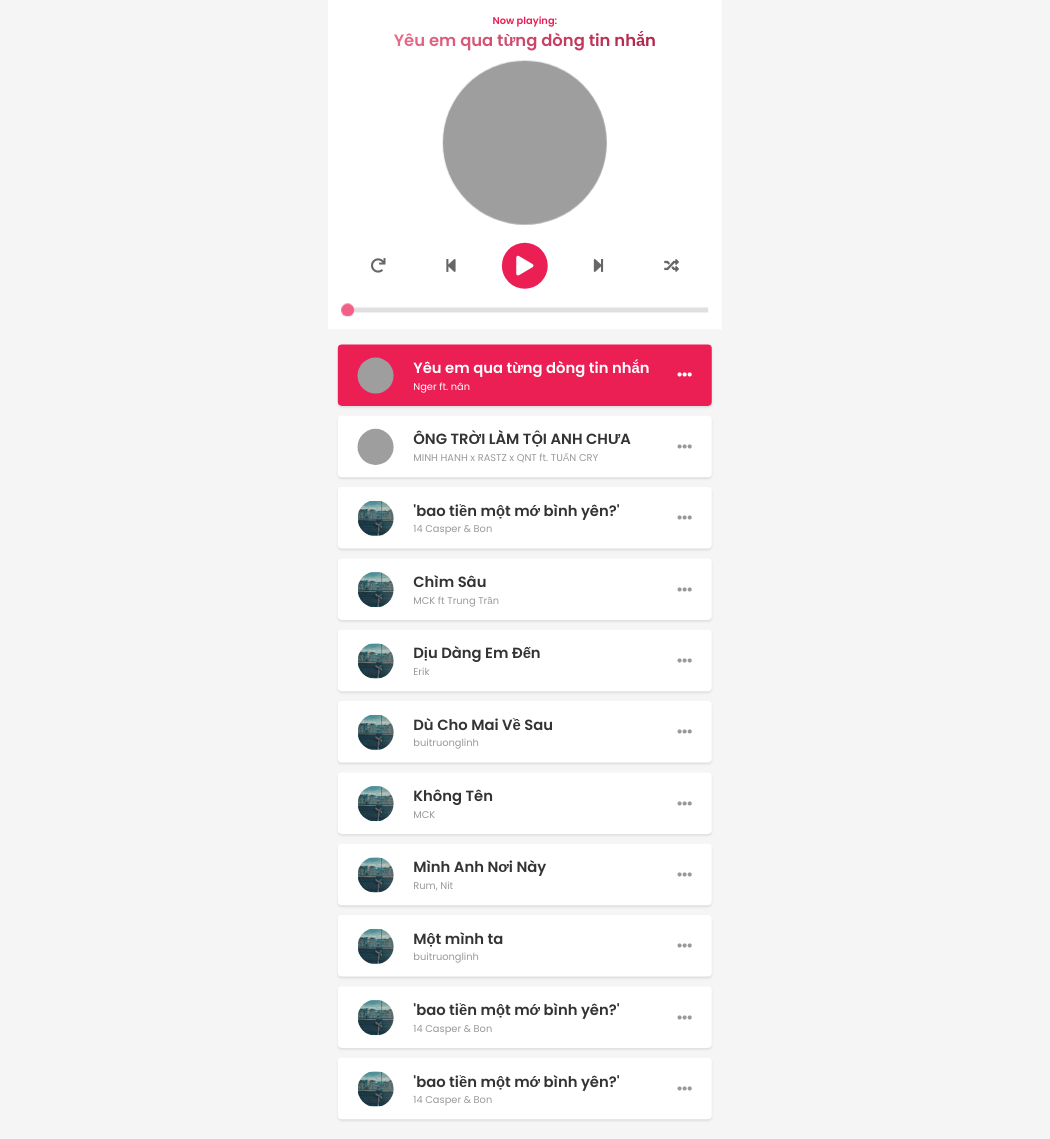
Repository: lt-chinh098406/BIn-Music
Page: index.html
The author's editor kept a copy of each file at every save. The page is drawn from the files as they stood at one save, then again after the next save.
The browser window is 1280 px wide. The pictures show the whole page, at 82% of full size.
Pictures or frames that could not be fetched are drawn as grey boxes.

Above is the page before, as saved 2022-03-20 13:33:57.

### index.html
<!DOCTYPE html>
<html lang="en">
  <head>
    <meta charset="UTF-8" />
    <meta http-equiv="X-UA-Compatible" content="IE=edge" />
    <meta name="viewport" content="width=device-width, initial-scale=1.0" />
    <title>Music player</title>
    <link
      rel="stylesheet"
      href="https://cdnjs.cloudflare.com/ajax/libs/font-awesome/5.15.2/css/all.min.css"
      integrity="sha512-HK5fgLBL+xu6dm/Ii3z4xhlSUyZgTT9tuc/hSrtw6uzJOvgRr2a9jyxxT1ely+B+xFAmJKVSTbpM/CuL7qxO8w=="
      crossorigin="anonymous"
    />
    <link rel="preconnect" href="https://fonts.gstatic.com" />
    <link
      href="https://fonts.googleapis.com/css2?family=Poppins:wght@300;400;600&display=swap"
      rel="stylesheet"
    />
    <link rel="stylesheet" href="./assets/main.css" />
  </head>
  <body>
    <body>
      <div class="player">
        <!-- Dashboard -->
        <div class="dashboard">
          <!-- Header -->
          <header>
            <h4>Now playing:</h4>
            <h2>String 57th & 9th</h2>
          </header>

          <!-- CD -->
          <div class="cd">
            <div class="cd-thumb"></div>
          </div>

          <!-- Control -->
          <div class="control">
            <div class="btn btn-repeat">
              <i class="fas fa-redo"></i>
            </div>
            <div class="btn btn-prev">
              <i class="fas fa-step-backward"></i>
            </div>
            <div class="btn btn-toggle-play">
              <i class="fas fa-pause icon-pause"></i>
              <i class="fas fa-play icon-play"></i>
            </div>
            <div class="btn btn-next">
              <i class="fas fa-step-forward"></i>
            </div>
            <div class="btn btn-random">
              <i class="fas fa-random"></i>
            </div>
          </div>

          <input
            id="progress"
            class="progress"
            type="range"
            value="0"
            step="1"
            min="0"
            max="100"
          />

          <audio id="audio" src=""></audio>
        </div>

        <!-- Playlist -->
        <div class="playlist"></div>
      </div>

      <script src="./main.js"></script>
    </body>
  </body>
</html>

### assets/main.css
:root {
  --primary-color: #ec1f55;
  --text-color: #333;
}

* {
  padding: 0;
  margin: 0;
  box-sizing: inherit;
}

body {
  background-color: #f5f5f5;
}

html {
  box-sizing: border-box;
  font-family: "Poppins", sans-serif;
}

.player {
  position: relative;
  max-width: 480px;
  margin: 0 auto;
}

.player .icon-pause {
  display: none;
}

.player.playing .icon-pause {
  display: inline-block;
}

.player.playing .icon-play {
  display: none;
}

.dashboard {
  padding: 16px 16px 14px;
  background-color: #fff;
  position: fixed;
  top: 0;
  width: 100%;
  max-width: 480px;
  border-bottom: 1px solid #ebebeb;
}

/* HEADER */
header {
  text-align: center;
  margin-bottom: 10px;
}

header h4 {
  color: var(--primary-color);
  font-size: 12px;
}

header h2 {
  font-size: 20px;
  background-image: linear-gradient(to right, #f47999, #a5163b);
  color: transparent;
  -webkit-background-clip: text;
}

/* CD */
.cd {
  display: flex;
  margin: auto;
  width: 200px;
}

.cd-thumb {
  width: 100%;
  padding-top: 100%;
  border-radius: 50%;
  background-color: #333;
  background-size: cover;
  margin: auto;
}

/* CONTROL */
.control {
  display: flex;
  align-items: center;
  justify-content: space-around;
  padding: 18px 0 8px 0;
}

.control .btn {
  color: #666;
  padding: 18px;
  font-size: 18px;
  cursor: pointer;
}

.control .btn.active {
  color: var(--primary-color);
}

.control .btn-toggle-play {
  width: 56px;
  height: 56px;
  border-radius: 50%;
  font-size: 24px;
  color: #fff;
  display: flex;
  align-items: center;
  justify-content: center;
  background-color: var(--primary-color);
}

.progress {
  width: 100%;
  -webkit-appearance: none;
  height: 6px;
  background: #d3d3d3;
  outline: none;
  opacity: 0.7;
  -webkit-transition: 0.2s;
  transition: opacity 0.2s;
  cursor: pointer;
}

.progress::-webkit-slider-thumb {
  -webkit-appearance: none;
  appearance: none;
  background-color: var(--primary-color);
  cursor: pointer;
  height: 16px;
  width: 16px;
  border-radius: 100%;
  border: none;
  outline: none;
  z-index: 9;
  position: relative;
}

/* PLAYLIST */
.playlist {
  margin-top: 408px;
  padding: 12px;
}

.song {
  display: flex;
  align-items: center;
  margin-bottom: 12px;
  background-color: #fff;
  padding: 8px 16px;
  border-radius: 5px;
  box-shadow: 0 2px 3px rgba(0, 0, 0, 0.1);
  cursor: pointer;
}

.song.active {
  background-color: var(--primary-color);
}

.song:active {
  opacity: 0.8;
}

.song.active .option,
.song.active .author,
.song.active .title {
  color: #fff;
}

.song .thumb {
  width: 44px;
  height: 44px;
  border-radius: 50%;
  background-size: cover;
  margin: 0 8px;
}

.song .body {
  flex: 1;
  padding: 0 16px;
}

.song .title {
  font-size: 18px;
  color: var(--text-color);
}

.song .author {
  font-size: 12px;
  color: #999;
}

.song .option {
  padding: 16px 8px;
  color: #999;
  font-size: 18px;
}

### main.js
const $ = document.querySelector.bind(document);
const $$ = document.querySelectorAll.bind(document);

const player = $(".player");
const heading = $("header h2");
const cdThumb = $(".cd-thumb");
const audio = $("#audio");
const cd = $(".cd");
const playBtn = $(".btn-toggle-play");
const progress = $("#progress");
const nextBtn = $(".btn-next");
const prevBtn = $(".btn-prev");
const randomBtn = $(".btn-random");
const repeatBtn = $(".btn-repeat");
const playlist = $(".playlist");

const app = {
  currentIndex: 0,
  isPlaying: false,

  songs: [
    {
      name: "Yêu em qua từng dòng tin nhắn",
      singer: "Nger ft. nân",
      path: "./assets/music/Yêu em qua dòng tin nhắn(iêu iem qua dòng tin nhắn) - Ngơ ft. Nân [Lyrics Video].mp3",
      image: "./assets/img/1.jpg",
    },
    {
      name: "ÔNG TRỜI LÀM TỘI ANH CHƯA",
      singer: "MINH HANH x RASTZ x QNT ft. TUẤN CRY",
      path: "./assets/music/ÔNG TRỜI LÀM TỘI ANH CHƯA - MINH HANH x RASTZ x QNT ft. TUẤN CRY.mp3",
      image: "./assets/img/3.jpg",
    },
    {
      name: "'bao tiền một mớ bình yên?'",
      singer: "14 Casper & Bon",
      path: "./assets/music/'bao tiền một mớ bình yên-' - 14 Casper & Bon (Official).mp3",
      image: "./assets/img/5.jpg",
    },
    {
      name: "Chìm Sâu",
      singer: "MCK ft Trung Trần",
      path: "./assets/music/Chìm Sâu - RPT MCK (feat. Trung Trần) - Official Lyrics Video.mp3",
      image: "./assets/img/5.jpg",
    },
    {
      name: "Dịu Dàng Em Đến",
      singer: "Erik",
      path: "./assets/music/Dịu Dàng Em Đến - ERIK x Ryan「Lo - Fi Version by 1 9 6 7」- Official Music Video.mp3",
      image: "./assets/img/5.jpg",
    },
    {
      name: "Dù Cho Mai Về Sau",
      singer: "buitruonglinh",
      path: "./assets/music/Dù Cho Mai Về Sau (Acoustic Version) - buitruonglinh.mp3",
      image: "./assets/img/5.jpg",
    },
    {
      name: "Không Tên",
      singer: "MCK",
      path: "./assets/music/Không Tên -- MCK a.k.a Nger -- Official Lyrics Video.mp3",
      image: "./assets/img/5.jpg",
    },
    {
      name: "Mình Anh Nơi Này",
      singer: "Rum, Nit",
      path: "./assets/music/Mình Anh Nơi Này (Lofi Ver.) - Nit x Sing x Freak D.mp3",
      image: "./assets/img/5.jpg",
    },
    {
      name: "Một mình ta",
      singer: "buitruonglinh",
      path: "./assets/music/",
      image: "./assets/img/5.jpg",
    },
    {
      name: "'bao tiền một mớ bình yên?'",
      singer: "14 Casper & Bon",
      path: "./assets/music/'bao tiền một mớ bình yên-' - 14 Casper & Bon (Official).mp3",
      image: "./assets/img/5.jpg",
    },
    {
      name: "'bao tiền một mớ bình yên?'",
      singer: "14 Casper & Bon",
      path: "./assets/music/'bao tiền một mớ bình yên-' - 14 Casper & Bon (Official).mp3",
      image: "./assets/img/5.jpg",
    },
  ],

  render: function () {
    const htmls = this.songs.map((song, index) => {
      return `
        <div class="song ${
          index === this.currentIndex ? "active" : ""
        }" data-index="${index}">
          <div class="thumb" style="background-image: url('${song.image}')">
          </div>
          <div class="body">
            <h3 class="title">${song.name}</h3>
            <p class="author">${song.singer}</p>
          </div>
          <div class="option">
            <i class="fas fa-ellipsis-h"></i>
          </div>
        </div>
      `;
    });
    playlist.innerHTML = htmls.join("");
  },

  defineProperties: function () {
    Object.defineProperty(this, "currentSong", {
      get: function () {
        return this.songs[this.currentIndex];
      },
    });
  },

  handleEvents: function () {
    const _this = this;
    const cdWidth = cd.offsetWidth;

    // Xử lý CD rotate
    const cdThumbAnimate = cdThumb.animate([{ transform: "rotate(360deg)" }], {
      duration: 30000, // 10s
      iterations: Infinity,
    });
    cdThumbAnimate.pause();

    // Xử lý scroll cd
    document.onscroll = function () {
      const scrollTop = window.scrollY || document.documentElement.scrollTop;

      const newCdWidth = cdWidth - scrollTop;

      cd.style.width = newCdWidth > 0 ? newCdWidth + "px" : 0; // fix bug
      cd.style.opacity = newCdWidth / cdWidth; // opacity when scroll
    };

    // Xử lý play
    playBtn.onclick = function () {
      if (_this.isPlaying) {
        audio.pause();
      } else {
        audio.play();
      }
    };

    // Khi song được play
    audio.onplay = function () {
      _this.isPlaying = true;
      player.classList.add("playing");
      cdThumbAnimate.play();
    };

    // Khi song bị pause
    audio.onpause = function () {
      _this.isPlaying = false;
      player.classList.remove("playing");
      cdThumbAnimate.pause();
    };

    // khi tiến độ bài hát thay đổi
    audio.ontimeupdate = function () {
      if (audio.duration) {
        const progressPercent = Math.floor(
          (audio.currentTime / audio.duration) * 100
        );
        progress.value = progressPercent;
      }
    };

    //seek
    progress.oninput = function (e) {
      const seekTime = (audio.duration / 100) * e.target.value;
      audio.currentTime = seekTime;
    };

    // Khi next/prev song
    nextBtn.onclick = function () {
      if (randomBtn.classList.contains("active")) {
        _this.playRandomSong();
      } else {
        _this.nextSong();
      }
      // cdThumb.style.transform = 'rotate(0)'
      audio.play();
      _this.activeSong();
      _this.scrollToActiveSong();
    };
    prevBtn.onclick = function () {
      if (randomBtn.classList.contains("active")) {
        _this.playRandomSong();
      } else {
        _this.nextSong();
      }
      // cdThumb.style.transform = 'rotate(0)'
      audio.play();
      _this.activeSong();
      _this.scrollToActiveSong();
    };

    // Random song
    randomBtn.onclick = function () {
      randomBtn.classList.toggle("active");
      repeatBtn.classList.remove("active");
    };

    // Repeat song
    repeatBtn.onclick = function () {
      repeatBtn.classList.toggle("active");
      randomBtn.classList.remove("active");
    };

    // Xử lý nextsong khi audio ended
    audio.onended = function () {
      if (repeatBtn.classList.contains("active")) {
        audio.play();
      } else {
        nextBtn.click();
      }
    };

    // Lắng nghe click vào playlist
    playlist.onclick = function (e) {
      const songNode = e.target.closest(".song:not(.active)");
      // if (songNode || e.target.closest('option')) {
      if (songNode && !e.target.closest("option")) {
        const newIndex = songNode.getAttribute("data-index");
        _this.currentIndex = newIndex;
        _this.loadCurrentSong();
        _this.activeSong();
        audio.play();
      }
      // }
    };
  },

  loadCurrentSong: function () {
    heading.textContent = this.currentSong.name;
    cdThumb.style.backgroundImage = `url('${this.currentSong.image}')`;
    audio.src = this.currentSong.path;
  },

  nextSong: function () {
    this.currentIndex++;
    if (this.currentIndex >= this.songs.length) {
      this.currentIndex = 0;
    }
    this.loadCurrentSong();
  },

  prevSong: function () {
    if (this.currentIndex != 0) {
      this.currentIndex--;
    } else {
      this.currentIndex = this.songs.length - 1;
    }
    this.loadCurrentSong();
  },

  playRandomSong: function () {
    let newIndex;
    do {
      newIndex = Math.floor(Math.random() * this.songs.length);
    } while (newIndex === this.currentIndex);

    this.currentIndex = newIndex;
    this.loadCurrentSong();
  },

  activeSong: function () {
    var loopSongs = $$(".song");
    for (song of loopSongs) {
      song.classList.remove("active");
    }
    const activeSong = loopSongs[this.currentIndex];
    activeSong.classList.add("active");
  },

  scrollToActiveSong: function () {
    setTimeout(() => {
      if (this.currentIndex < 3) {
        $(".song.active").scrollIntoView({
          behavior: "smooth",
          block: "end",
        });
      } else {
        $(".song.active").scrollIntoView({
          behavior: "smooth",
          block: "nearest",
        });
      }
    }, 300);
  },

  start: function () {
    // Định nghĩa các thuộc tính cho Object
    this.defineProperties();

    // Lắng nghe / xử lý các event
    this.handleEvents();

    // tải thông tin bài hát đầu tiên vào UI khi chạy ứng dụng
    this.loadCurrentSong();

    // render playlist
    this.render();
  },
};

app.start();

After the next save:
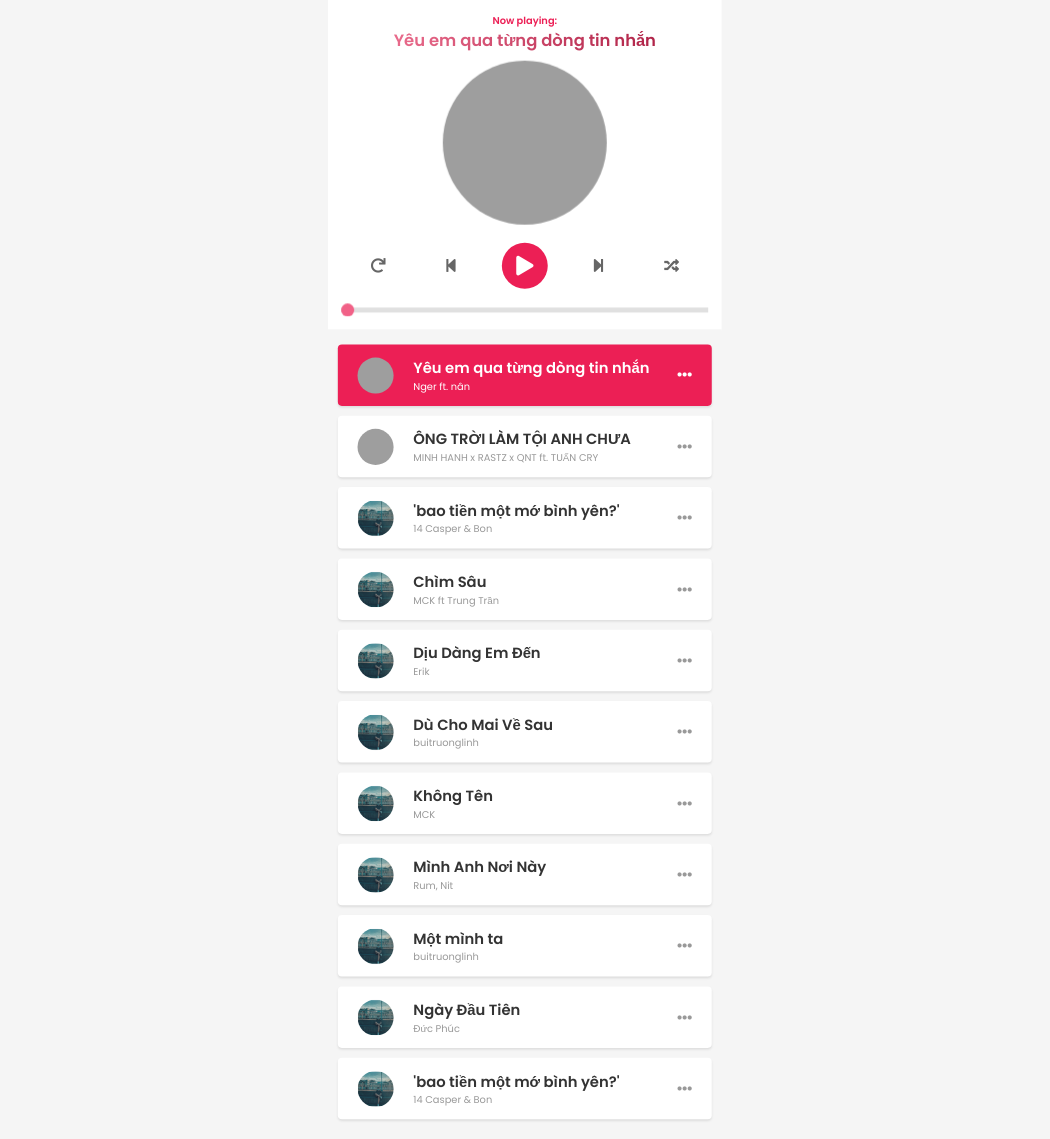
Saved 60 s later.
--- a/main.js
+++ b/main.js
@@ -70,13 +70,13 @@ const app = {
     {
       name: "Một mình ta",
       singer: "buitruonglinh",
-      path: "./assets/music/",
-      image: "./assets/img/5.jpg",
-    },
-    {
-      name: "'bao tiền một mớ bình yên?'",
-      singer: "14 Casper & Bon",
-      path: "./assets/music/'bao tiền một mớ bình yên-' - 14 Casper & Bon (Official).mp3",
+      path: "./assets/music/Một Mình Ta - buitruonglinh - Lyrics Video -.mp3",
+      image: "./assets/img/5.jpg",
+    },
+    {
+      name: "Ngày Đầu Tiên",
+      singer: "Đức Phúc",
+      path: "./assets/music/Ngày Đầu Tiên (Lofi Ver.) - Đức Phúc x Freak D.mp3",
       image: "./assets/img/5.jpg",
     },
     {
